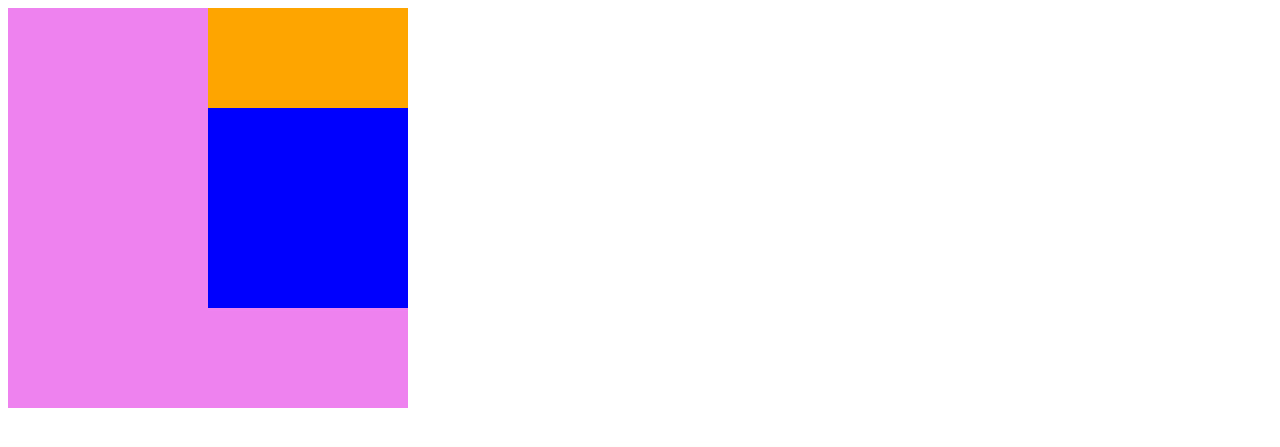
Repository: AytacSafarova/Task-12
Page: index.html
These files come from the project's save history. The page is drawn as it stood at one moment and after the next save; the edit follows.
The browser window is 1280 px wide. The pictures show the whole page.

Above is the page before, as saved 2023-07-25 14:38:20.

After the next save:
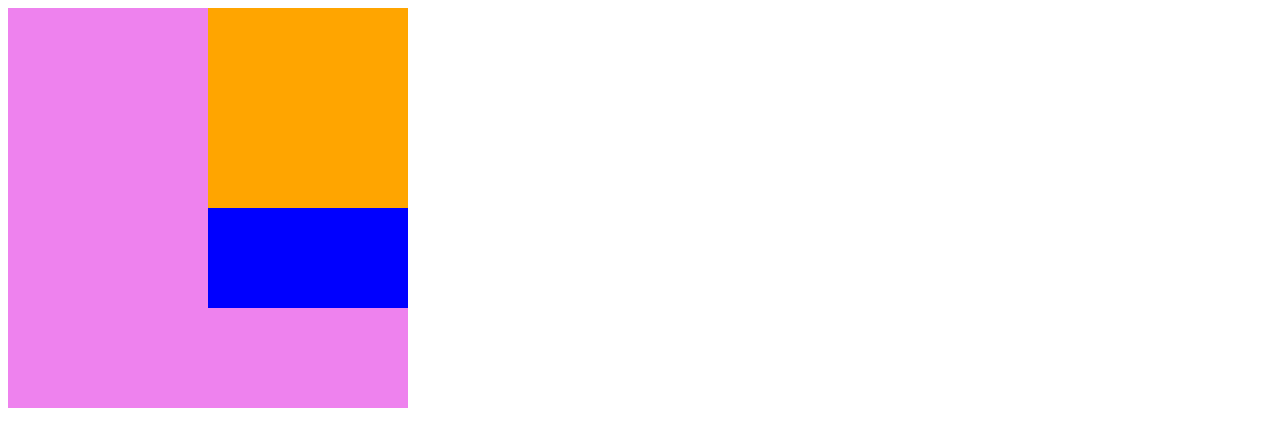
Saved 10 s later.
--- a/index.css
+++ b/index.css
@@ -15,7 +15,7 @@
     position: absolute;
     top: 0;
     right: 0;
-    /* z-index: 1; */
+    z-index: 1;
 
 }
 .child2{

After the 2 saves that followed:
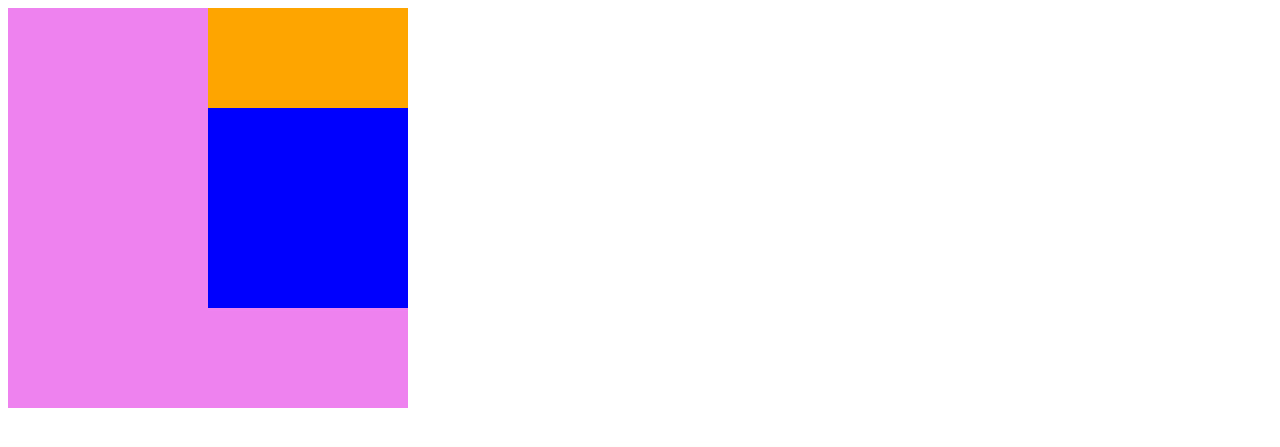
The 2 saves are shown as one change because they came seconds apart.
The last was saved 36 s later.
--- a/index.css
+++ b/index.css
@@ -15,7 +15,6 @@
     position: absolute;
     top: 0;
     right: 0;
-    z-index: 1;
 
 }
 .child2{
@@ -23,4 +22,6 @@
     position: absolute;
     top: 100px;
     right: 0;
+    z-index: 1;
+
 }
